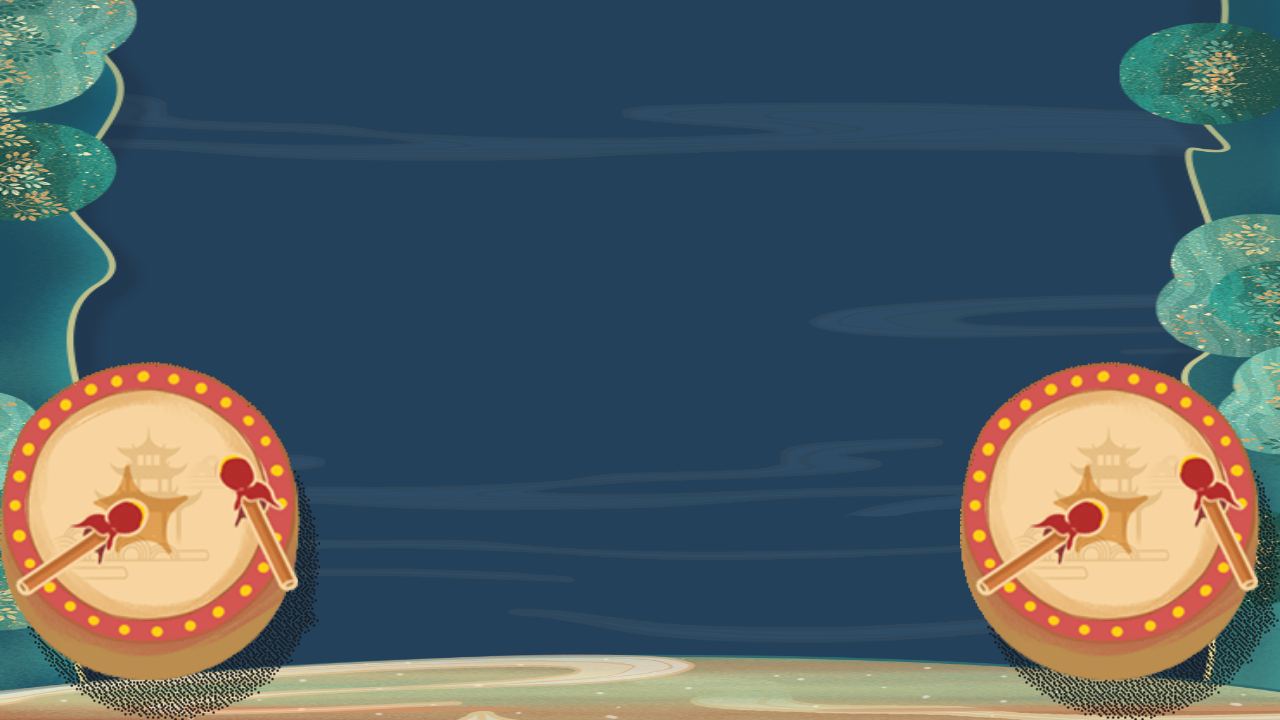
Repository: liushiwei151/hhl_dragon_boat_festival
Page: /Game
An editor plug-in stored every save of this project. The page is shown before and after the next save, followed by the edit.
The browser window is 1280 px wide. The pictures show the whole page.
The project was rebuilt for these pictures with package versions that can differ from the ones it lists, and the page was loaded fresh each time. Also part of the build but not shown: vue.config.js, src/views/Home.vue.

Above is the page before, as saved 2020-06-05 14:34:47.

After the next save:
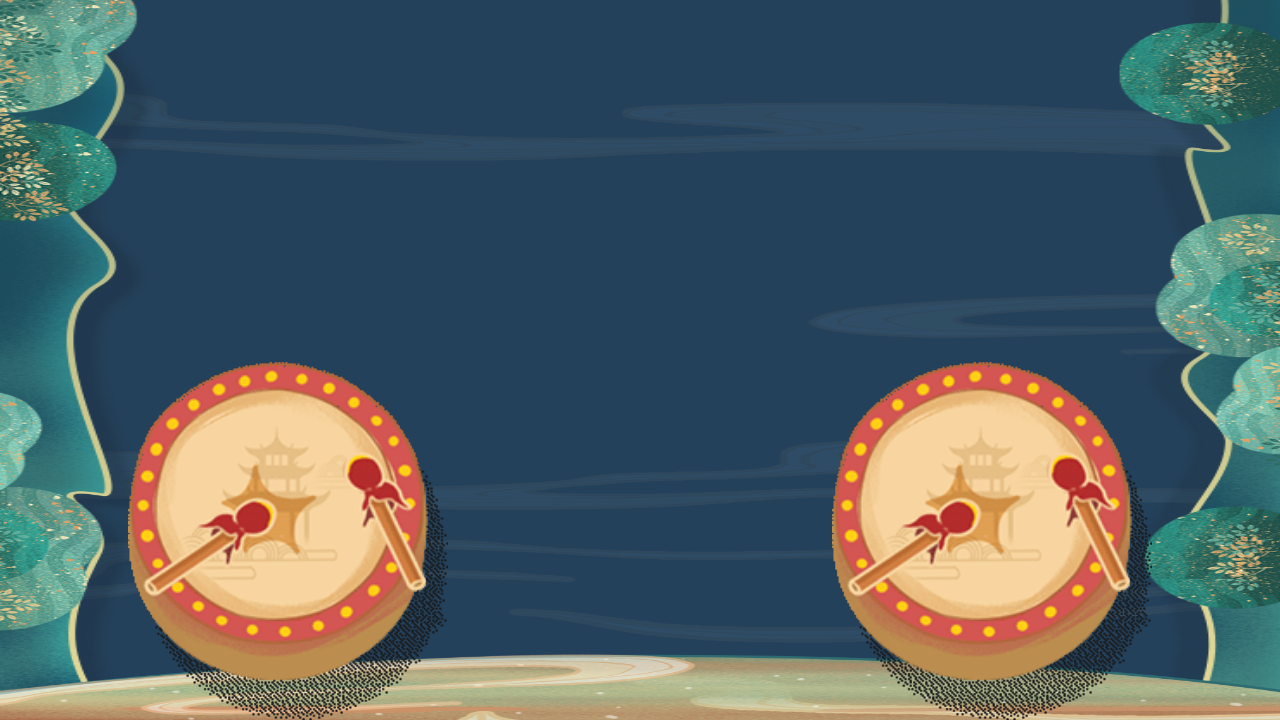
Saved 55 s later.
--- a/src/views/Game.vue
+++ b/src/views/Game.vue
@@ -94,6 +94,8 @@ export default class Game extends Vue {
     display: flex;
     justify-content: space-between;
     align-items: flex-end;
+    box-sizing: border-box;
+    padding: 0 10vw;
     .drum {
       width: 25vw;
       height: 28vw;
